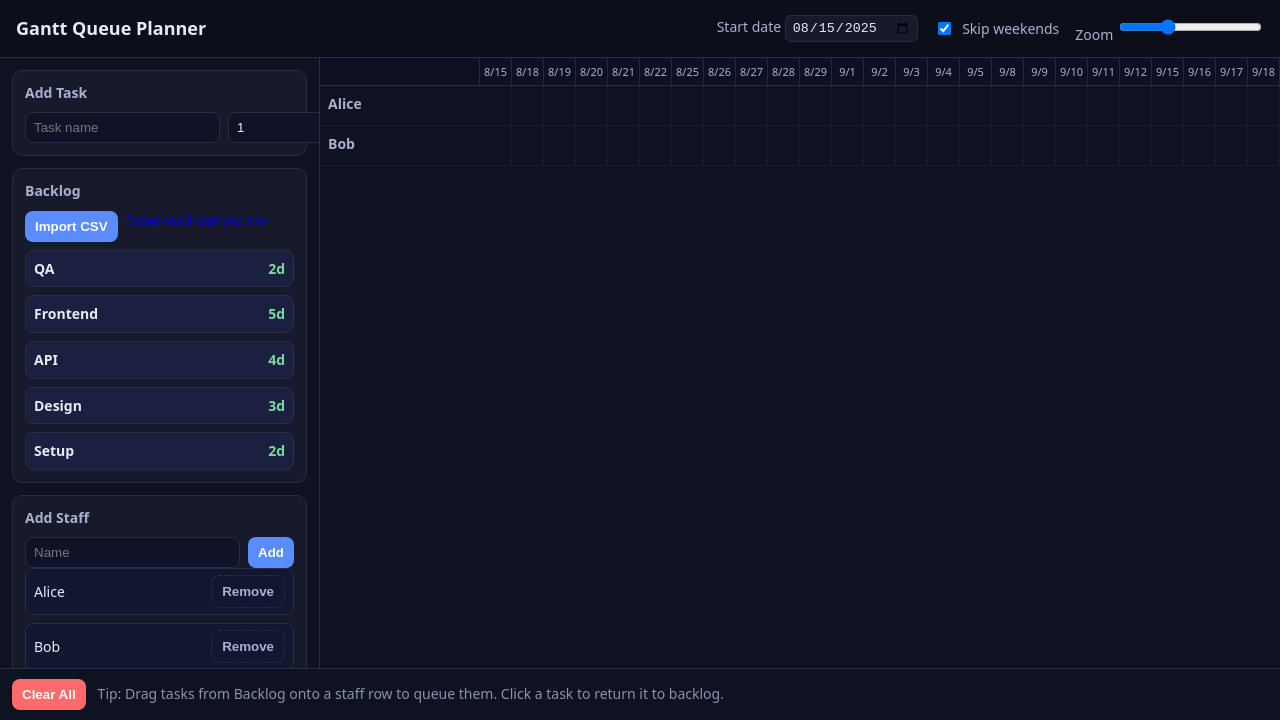
Repository: szabadkai/gant-planner
Page: index.html
The author's editor kept a copy of each file at every save. The page is drawn from the files as they stood at one save, then again after the next save.
The browser window is 1280 px wide. The pictures show the whole page.

Above is the page before, as saved 2025-08-15 07:52:33.

After the next save:
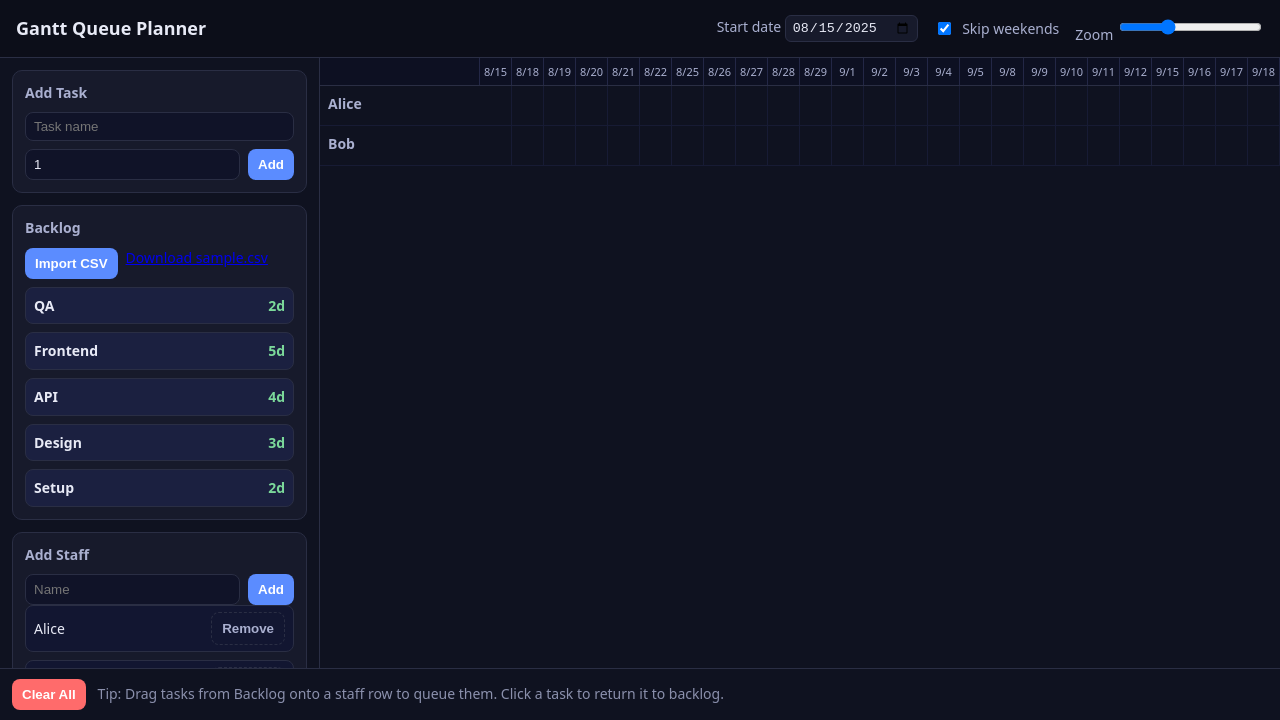
Saved 7 min 13 s later.
--- a/styles.css
+++ b/styles.css
@@ -58,7 +58,7 @@ body {
 }
 .panel { background: var(--panel); padding: 12px; border: 1px solid var(--border); border-radius: 10px; margin-bottom: 12px; }
 .panel h2 { margin: 0 0 10px 0; font-size: 14px; color: var(--text-dim); font-weight: 600; }
-.row { display: flex; gap: 8px; }
+.row { display: flex; gap: 8px; flex-wrap: wrap; }
 .row input[type="text"], .row input[type="number"] { flex: 1; background: #101328; color: var(--text); border: 1px solid var(--border); padding: 6px 8px; border-radius: 8px; }
 button { background: var(--accent); color: white; border: none; padding: 8px 10px; border-radius: 8px; cursor: pointer; font-weight: 600; }
 button:hover { filter: brightness(1.05); }
